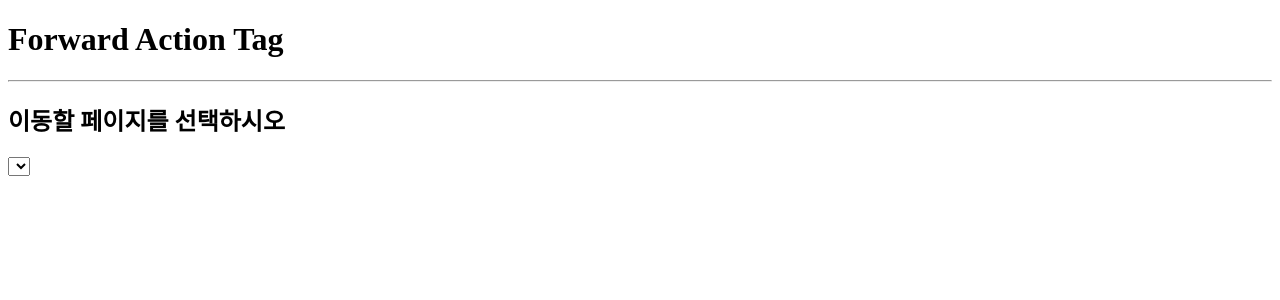
Repository: zxcvne/1400_web_nhs
Page: http://localhost/web/08_forward.jsp
The author's editor kept a copy of each file at every save. The page is drawn from the files as they stood at one save, then again after a run of saves.
The browser window is 1280 px wide. The pictures show the whole page.
The page is served by Tomcat 10.

Above is the page before, as saved 2025-10-26 06:35:56.

After the next 2 saves:
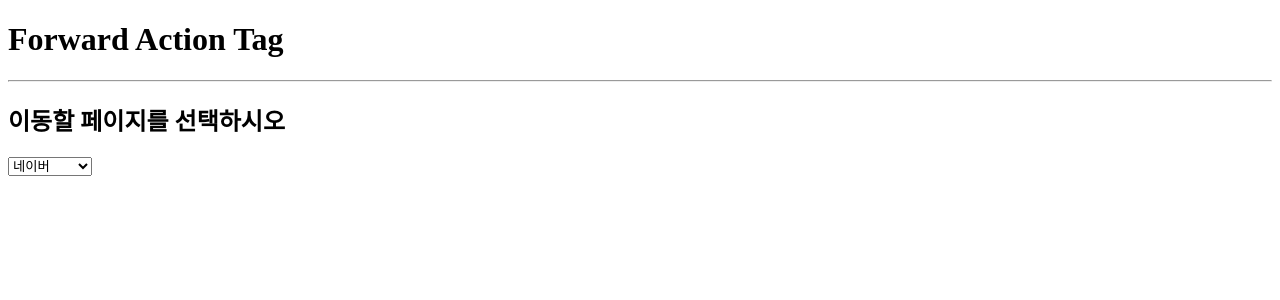
The 2 saves are shown as one change because they came seconds apart.
The last was saved 33 s later.
--- a/05_jsp/src/web/src/main/webapp/08_forward.jsp
+++ b/05_jsp/src/web/src/main/webapp/08_forward.jsp
@@ -12,7 +12,9 @@
 	<form action="08_controller.jsp">
 		<h2>이동할 페이지를 선택하시오</h2>
 		<select name ="site">
-		<option value="naver">
+		<option value="naver">네이버</option>
+		<option value="bugs">벅스뮤직</option>
+		<option value="nytimes">뉴욕타임즈</option>
 		</select>
 	</form>
 </body>
